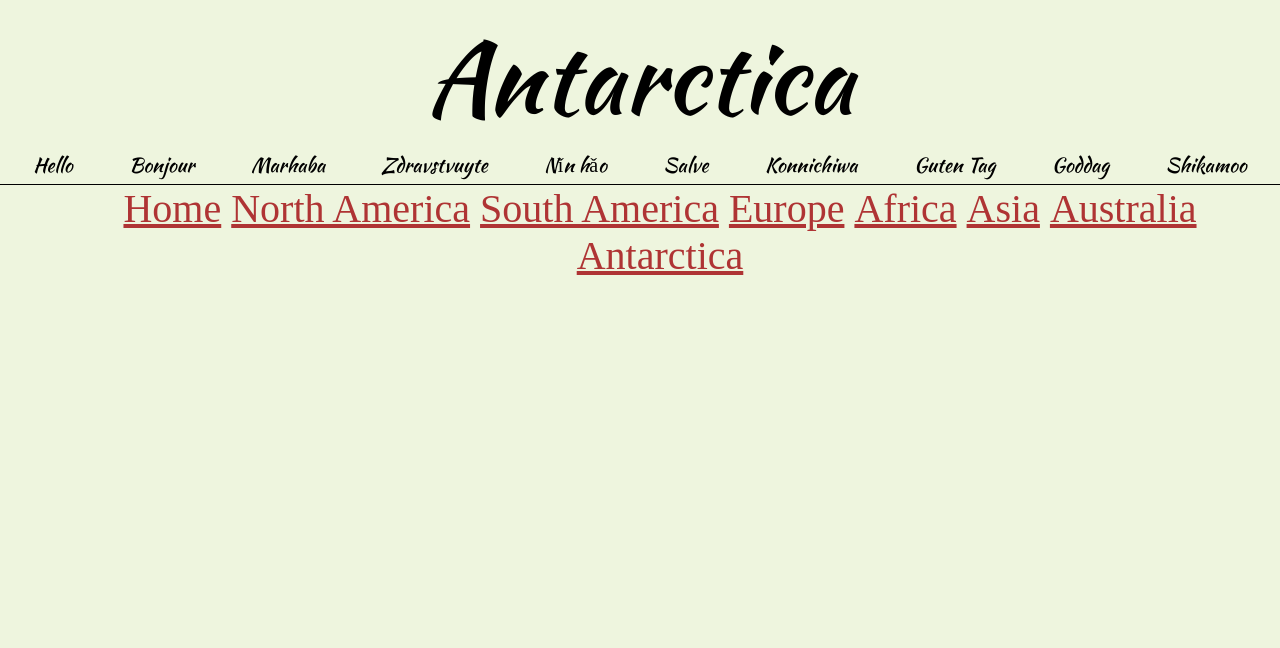
Repository: alharama/StaticWebsite
Page: ant_page.html
The author's editor kept a copy of each file at every save. The page is drawn from the files as they stood at one save, then again after the next save.
The browser window is 1280 px wide. The pictures show the whole page.

Above is the page before, as saved 2021-09-20 23:14:57.

After the next save:
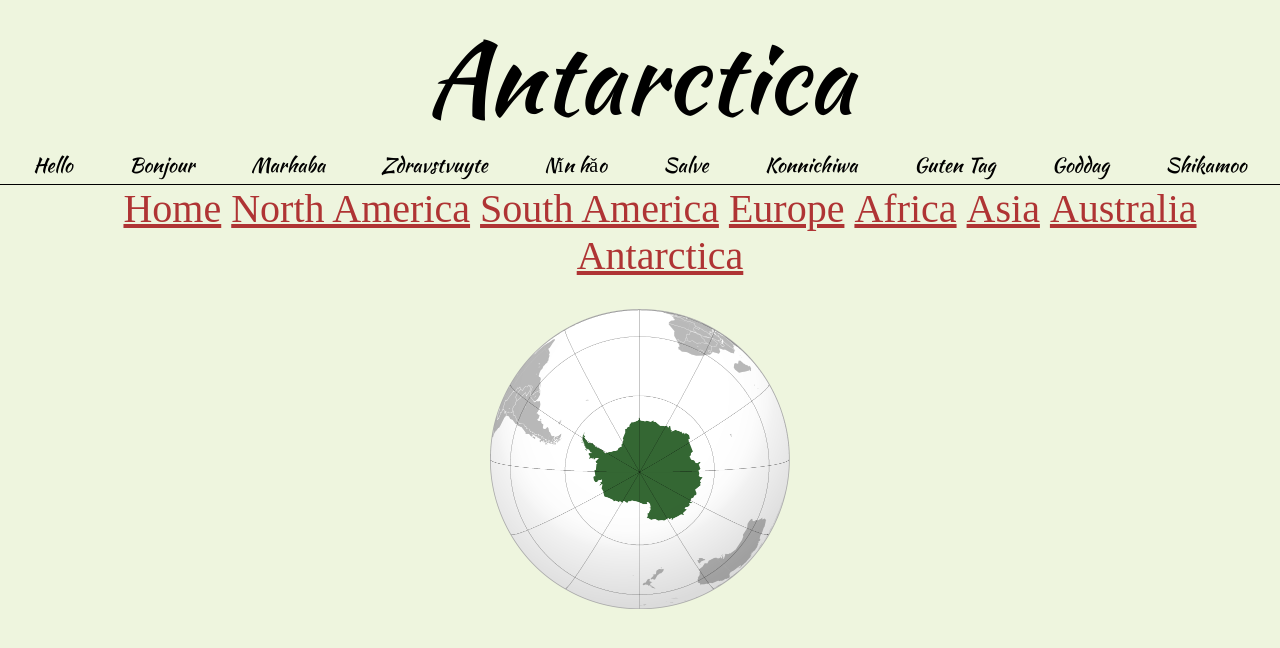
Saved 33 s later.
--- a/ant_page.html
+++ b/ant_page.html
@@ -58,6 +58,16 @@
             justify-content:space-around;
         }
 
+        #ant {
+            display: block;
+            margin-left: auto;
+            margin-right: auto;
+            margin-top: 30px;
+            width: auto;
+            height: 300px;
+
+        }
+
 
     </style>
 
@@ -97,6 +107,7 @@
         </nav>
 
 
+        <img id="ant" src="Antarctica.png" alt="Antarctica">
 
 
 
